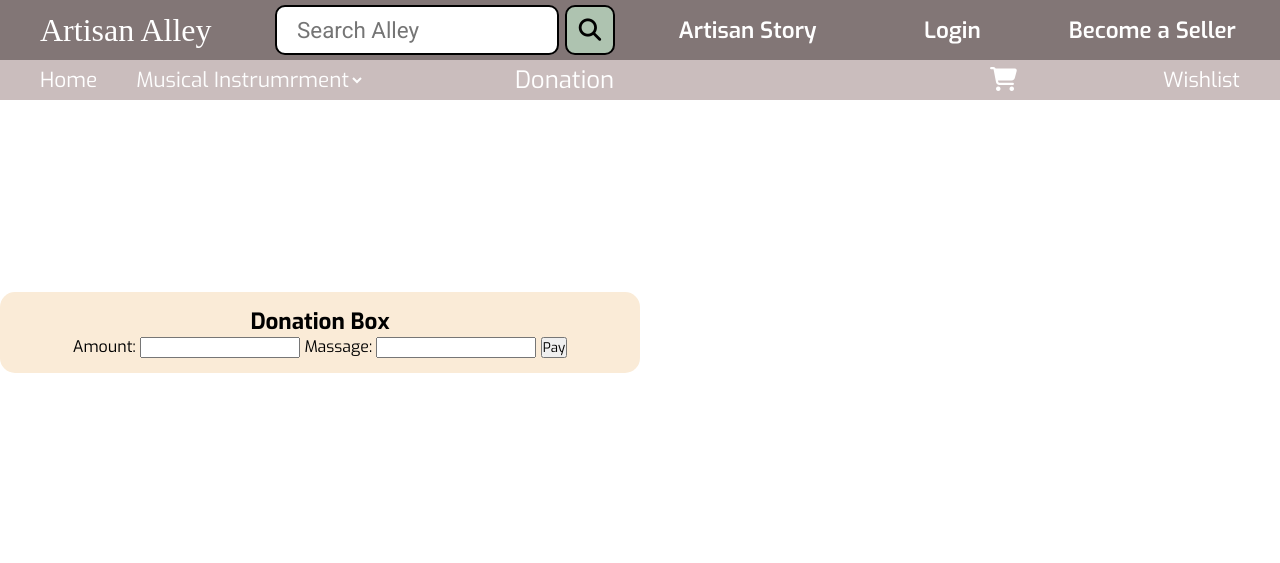
Repository: RingkhangBTY/Bytehacks_Hackathon_Project
Page: donation.html
These files come from the project's save history. The page is drawn as it stood at one moment and after the next save; the edit follows.
The browser window is 1280 px wide. The pictures show the whole page.
Some web fonts or font styles are not loaded; a fallback is used.

Above is the page before, as saved 2024-11-27 10:38:56.

After the next save:
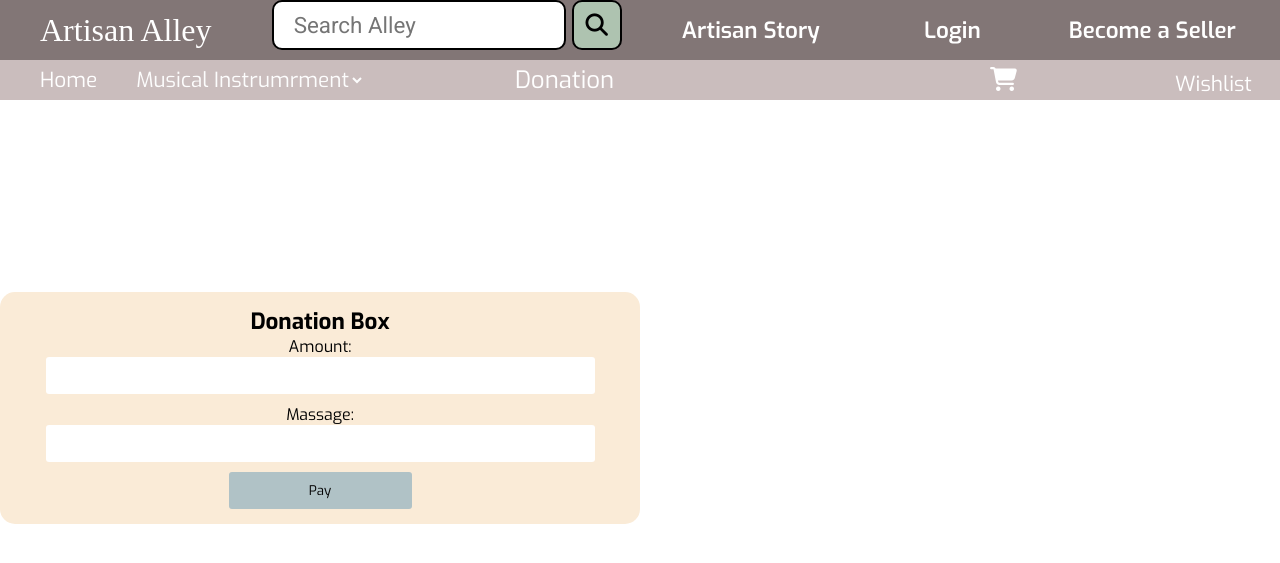
Saved 6 s later.
--- a/style.css
+++ b/style.css
@@ -270,3 +270,21 @@ label{
   margin-bottom: 5px;
   font-weight: bold;
 }
+
+input{
+  width: 90%;
+  padding: 10px;
+  margin-bottom: 10px;
+  border: 1px snow;
+  border-radius: 3px;
+}
+
+button{
+  width: 30%;
+  padding: 10px;
+  background-color: rgb(176, 194, 198);
+  color: rgb(4, 4, 4);
+  border: none;
+  border-radius: 3px;
+  cursor: pointer;
+}
